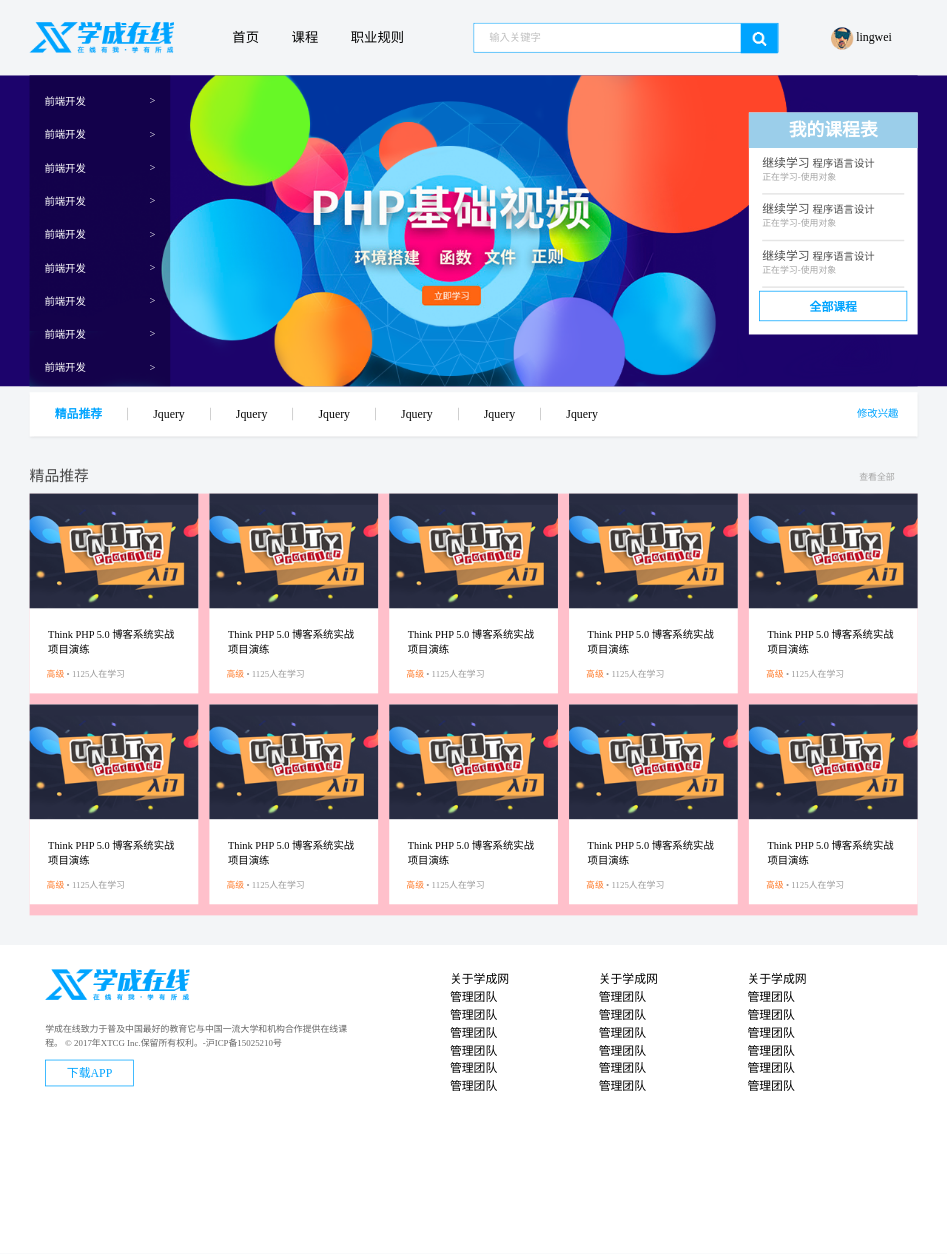
Repository: DengBiHua/xcdx
Page: index.html
These files come from the project's save history. The page is drawn as it stood at one moment and after the next save; the edit follows.
The browser window is 1280 px wide. The pictures show the whole page, at 74% of full size.

Above is the page before, as saved 2022-04-15 11:06:26.

After the next save:
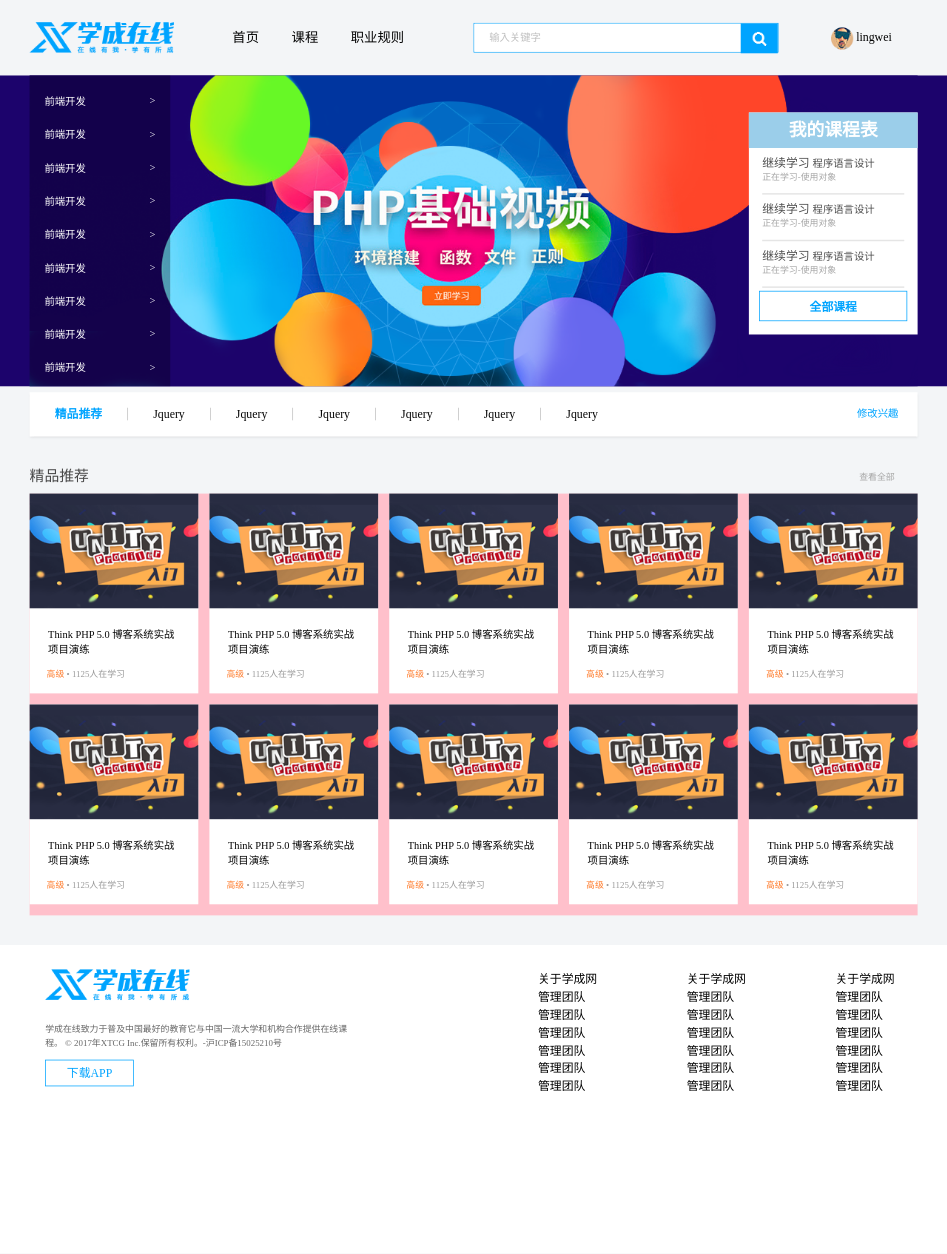
Saved 19 s later.
--- a/css/index.css
+++ b/css/index.css
@@ -343,7 +343,7 @@
     line-height: 36px;
 }
 
-.footer.right {
+.footer .right {
     float: right;
     margin-right: 31px;
 }
